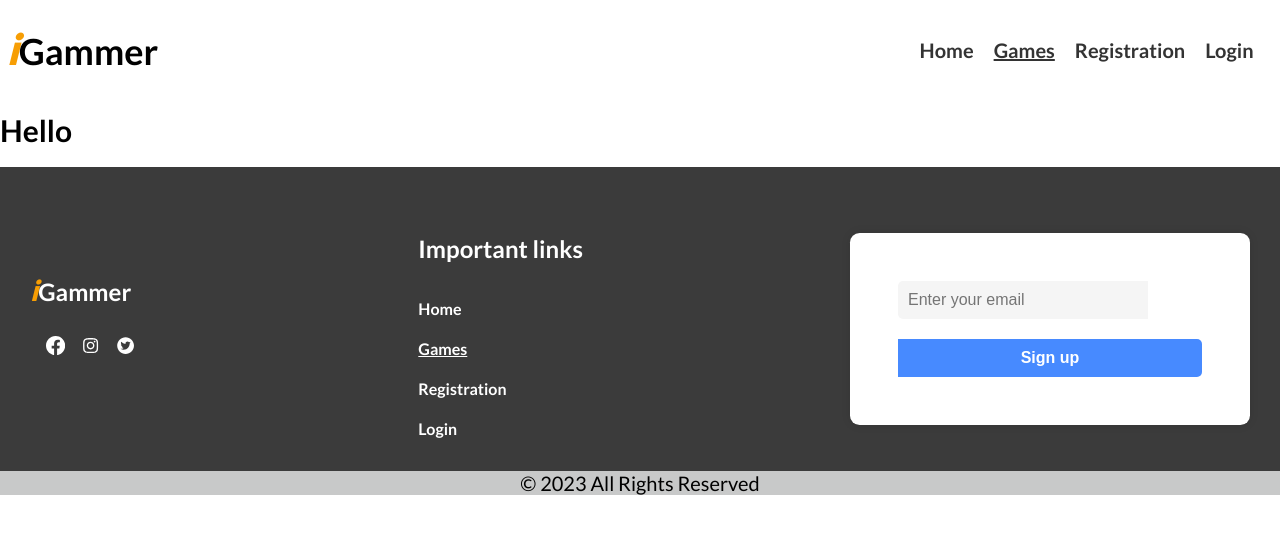
Repository: DannyMyles/iGammer
Page: /games
These files come from the project's save history. The page is drawn as it stood at one moment and after the next save; the edit follows.
The browser window is 1280 px wide. The pictures show the whole page.
The project was rebuilt for these pictures with package versions that can differ from the ones it lists, and the page was loaded fresh each time. Also part of the build but not shown: src/pages/games/games.css, src/pages/home/home.css, src/pages/home/Home.tsx, src/pages/login/Login.tsx, src/pages/playgame/playgame.css, src/pages/playgame/PlayGame.tsx, src/pages/register/register.css, src/pages/register/Register.tsx.

Above is the page before, as saved 2023-03-16 11:36:38.

### public/index.html
<!DOCTYPE html>
<html lang="en">
  <head>
    <meta charset="utf-8" />
    <link rel="icon" href="%PUBLIC_URL%/favicon.ico" />
    <meta name="viewport" content="width=device-width, initial-scale=1" />
    <meta name="theme-color" content="#000000" />
    <meta
      name="description"
      content="Web site created using create-react-app"
    />
    <link rel="apple-touch-icon" href="%PUBLIC_URL%/logo192.png" />

    <link rel="manifest" href="%PUBLIC_URL%/manifest.json" />
    <title>iGammer</title>
  </head>
  <body>
    <div id="root"></div>
  </body>
</html>

### src/index.tsx
import React from "react";
import ReactDOM from "react-dom/client";
import "./index.css";
import App from "./App";
import { BrowserRouter } from "react-router-dom";
const root = ReactDOM.createRoot(
  document.getElementById("root") as HTMLElement
);
root.render(
  <React.StrictMode>
    <BrowserRouter>
      <App />
    </BrowserRouter>
  </React.StrictMode>
);

### src/index.css
@import url('https://fonts.googleapis.com/css2?family=Lato:wght@100;300;400;700;900&display=swap');
* {
	box-sizing: border-box;

}

body {
	margin: 0;
	padding: 0;
	background: #ffffff;
	align-items: center;
	flex-direction: column;
	font-family: 'Lato', sans-serif;
	line-height: 1.5rem;
	font-size: 20px;
}
.i-word{
	font-style: italic;
	font-size: larger;
	font-weight: 900;
	color: rgb(247, 158, 4);
  }

### src/App.tsx
import { Route, Routes } from "react-router-dom";
import Games from "./pages/games/Games";
import Home from "./pages/home/Home";
import Login from "./pages/login/Login";
import PlayGame from "./pages/playgame/PlayGame";
import Register from "./pages/register/Register";

function App() {
  const handleRegistration = (
    firstName: string,
    lastName: string,
    email: string,
    password: string
  ) => {
    // Handle registration logic here
    console.log(firstName, lastName, email, password);
  };

  const handleSubmit = (email: string, password: string) => {
    // Handle login logic here
    console.log("Email:", email);
    console.log("Password:", password);
  };

  return (
    <Routes>
      <Route path="/" element={<Home />} />
      <Route path="/games" element={<Games />} />
      <Route path="/play" element={<PlayGame />} />
      <Route path="/login" element={<Login onSubmit={handleSubmit} />} />
      <Route
        path="/registration"
        element={<Register onSubmit={handleRegistration} />}
      />
    </Routes>
  );
}

export default App;

### src/pages/games/Games.tsx
import Footer from "../../components/footer/Footer"
import Navbar from "../../components/navbar/Navbar"
import "./games.css"

const Games = () => {
  return (
    <>
      <Navbar />
      <h2>Hello</h2>
      <Footer />
    </>
  )
}

export default Games

### src/components/footer/Footer.tsx
/* eslint-disable jsx-a11y/anchor-is-valid */
import "./footer.css";
import { BsFacebook } from "react-icons/bs";
import { AiOutlineInstagram,AiFillTwitterCircle } from "react-icons/ai";
import { NavLink } from "react-router-dom";
const Footer = () => {
  return (
    <>
      <footer className="footer">
        <div className="logo-side">
          <div className="logo"><span className="i-word">i</span>Gammer</div>
          <div className="social-media">
            <a href="#"> <BsFacebook /></a>
            <a href="#"> <AiOutlineInstagram /> </a>
            <a href="#"><AiFillTwitterCircle/> </a>
          </div>
        </div>
        <div className="important-links">
          <h2>Important links</h2>
          <NavLink to="/" className="nav-link"> Home </NavLink>
          <NavLink to="/games" className="nav-link"> Games </NavLink>
          <NavLink to="/registration" className="nav-link"> Registration </NavLink>
          <NavLink to="/login" className="nav-link"> Login </NavLink>
        </div>
        <div className="signup-footer">
          <form>
            <input type="email" placeholder="Enter your email" />
            <button type="submit">Sign up</button>
          </form>
        </div>
      </footer>
      <div className="copyright">© 2023 All Rights Reserved</div>
    </>
  );
};

export default Footer;

### src/components/navbar/Navbar.tsx
import "./navbar.css";
import { NavLink } from "react-router-dom";

const Navbar = () => {
  return (
    <nav className="nav">
      <div className="main-nav">
        <div className="logo">
          <h1><span className="i-word">i</span>Gammer</h1>
        </div>
        <div className="links">
          <ul className="nav-list">
            <li>
              <NavLink to="/"  className="nav-link">
                Home
              </NavLink>
            </li>
            <li>
              <NavLink to="/games" className="nav-link">
                Games
              </NavLink>
            </li>
            <li>
              <NavLink to="/registration" className="nav-link">
                Registration
              </NavLink>
            </li>
            <li>
              <NavLink to="/login" className="nav-link">
                Login
              </NavLink>
            </li>
          </ul>
        </div>
      </div>
    </nav>
  );
};

export default Navbar;

### src/pages/login/login.css
.login-container {
    display: flex;
    justify-content: center;
    align-items: center;
    height: 100vh;
    background-color: #f2f2f2;
  }
  .login-form h2 {
    margin-bottom: 20px;
    margin-top: 0;
  }
  form {
    display: flex;
    flex-direction: column;
    text-align: left;
    width: 400px;
    padding: 3rem;
    background-color: white;
    border-radius:.6rem;
    box-shadow: 0px 0px 10px rgba(0, 0, 0, 0.1);
}

  label {
    margin-bottom: .5rem;
    font-weight: bold;
    font-size: 1.2rem;
    text-align: left;
  }

  input {
    width: 100%;
    padding: 10px;
    margin-bottom: 20px;
    border-radius: 5px;
    border: none;
    background-color: #f5f5f5;
    font-size: 16px;
  }
  input:focus{
    outline: rgb(253, 252, 252);
    border:1px solid #bebcbc;
  }

  button {
    width: 100%;
    padding: 10px;
    border-radius: 5px;
    border: none;
    background-color: #0077cc;
    color: white;
    font-size: 16px;
    font-weight: bold;
    cursor: pointer;
  }

  button:hover {
    background-color: #0066b3;
  }

### src/components/footer/footer.css
/* Footer styles */
.footer {
    background-color: #3b3b3b;
    color: #fff;
    padding: 30px;
    display: flex;
    flex-wrap: wrap;
    justify-content: space-between;
    font-size: 16px;
    align-items: center;
  }

  .logo-side {
    display: flex;
    flex-direction: column;
    flex-wrap: wrap;
    align-items: center;
    gap: 2rem;
  }

  .logo {
    font-weight: bold;
    font-size: 24px;
    margin-right: 20px;
  }

  .social-media {
    display: flex;
    gap: 1rem;
  }

  .social-media a {
    color: #fff;
    font-size: larger;
  }

  .important-links {
    display: flex;
    flex-direction: column;
    margin-top: 20px;
    gap: 1rem;
  }

  .important-links a {
    color: #fff;
    margin-right: 20px;
    text-decoration: none;
  }

  .signup-footer {
    margin-top: 20px;
    display: flex;
    flex-wrap: wrap;
    align-items: center;
  }

  .signup-footer input[type="email"] {
    padding: 10px;
    border: none;
    border-radius: 5px 0 0 5px;
    width: 250px;
    margin-right: -5px;
  }

  .signup-footer button[type="submit"] {
    background-color: #478aff;
    color: #fff;
    border: none;
    padding: 10px;
    border-radius: 0 5px 5px 0;
    cursor: pointer;
  }
  .copyright{
    background-color: #c8c9c9;
    text-align: center;
  }
  /* Media query for small screens */
  @media (max-width: 768px) {
    .footer {
      flex-direction: column;
      align-items: center;
    }

    .logo-side, .important-links, .signup-footer {
      margin-top: 20px;
    }

    .signup-footer input[type="email"] {
      width: 100%;
      margin-right: 0;
      margin-bottom: 10px;
    }
  }

### src/components/navbar/navbar.css
.main-nav{
    display: flex;
    justify-content: space-between;
    align-items: center;
    margin: .4rem;
}
.nav-list {
  display: flex;
  list-style: none;
  margin: 0;
  padding: 0;
}
.nav-link {
  color: #333;
  display: block;
  font-weight: bold;
  margin-right: 20px;
  text-decoration: none;
}

.nav-link.active {
  text-decoration: underline;
  font-weight: bold;
}

After the next save:
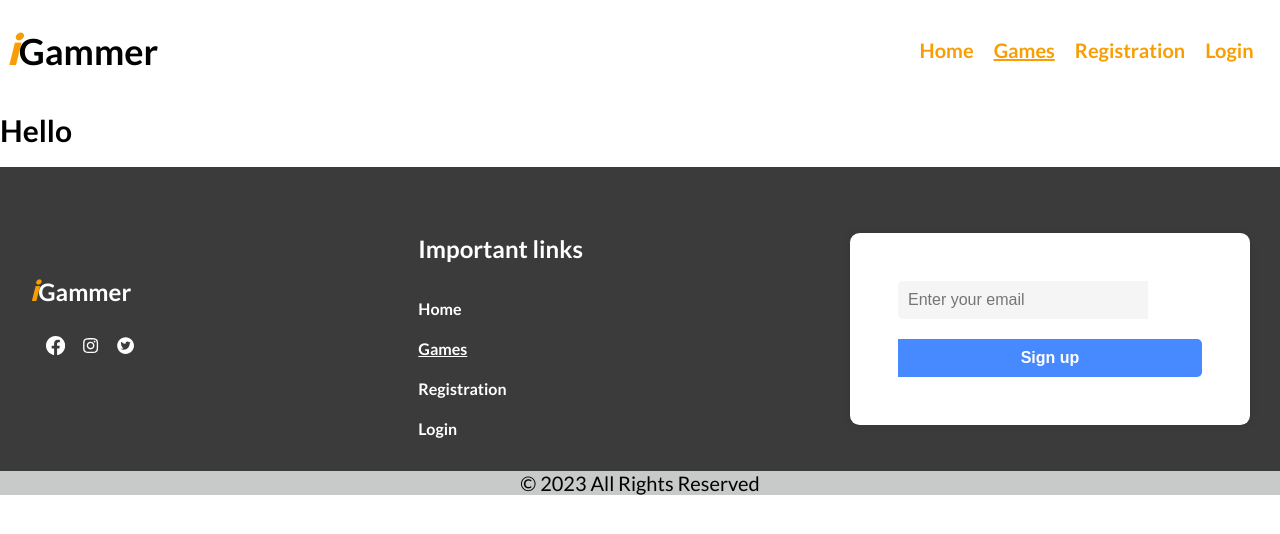
Saved 3 min 17 s later.
--- a/src/components/navbar/navbar.css
+++ b/src/components/navbar/navbar.css
@@ -11,7 +11,7 @@
   padding: 0;
 }
 .nav-link {
-  color: #333;
+  color: rgb(247, 158, 4);
   display: block;
   font-weight: bold;
   margin-right: 20px;

After the save that followed:
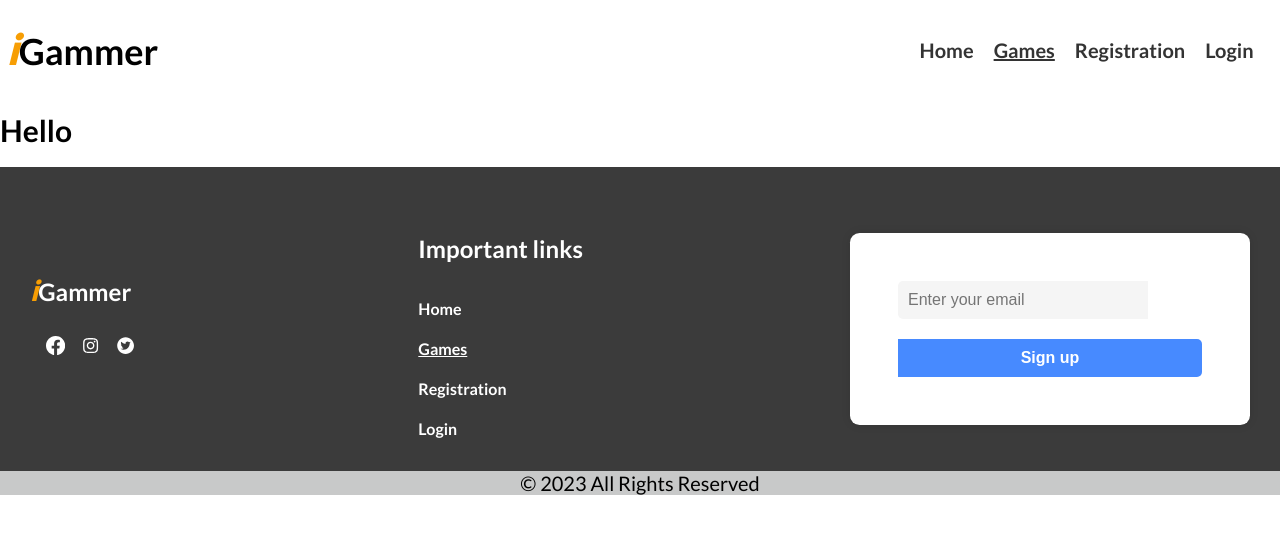
Saved 7 s later.
--- a/src/components/navbar/navbar.css
+++ b/src/components/navbar/navbar.css
@@ -11,7 +11,7 @@
   padding: 0;
 }
 .nav-link {
-  color: rgb(247, 158, 4);
+  color: #333;
   display: block;
   font-weight: bold;
   margin-right: 20px;
